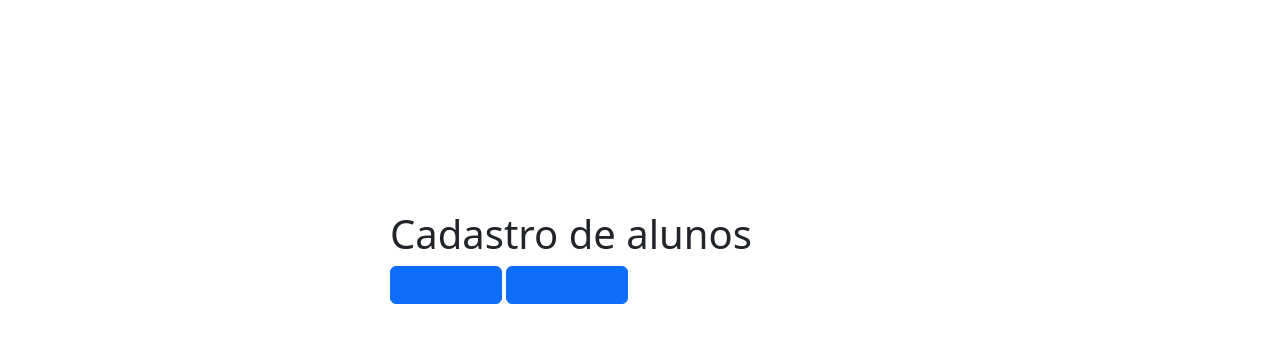
Repository: juliatbarbosa/CRUD-ALUNOS
Page: http://localhost/OlaMundo/alunos/cadastro/index.jsp
The author's editor kept a copy of each file at every save. The page is drawn from the files as they stood at one save, then again after a run of saves.
The browser window is 1280 px wide. The pictures show the whole page.
The page is served by Tomcat 9.

Above is the page before, as saved 2024-09-29 21:08:14.

After the next 2 saves:
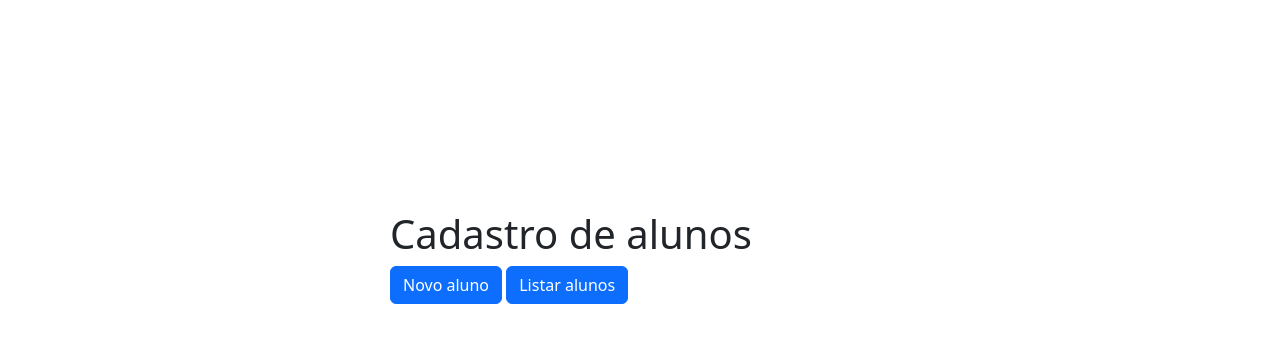
The 2 saves are shown as one change because they came seconds apart.
The last was saved 20 s later.
--- a/OlaMundo/src/main/webapp/alunos/cadastro/index.jsp
+++ b/OlaMundo/src/main/webapp/alunos/cadastro/index.jsp
@@ -23,8 +23,12 @@ body {
 		height: 300px;
 
 
+	}
 
-	}
+	button a {
+	text-decoration: none;
+	color: white;
+}
 </style>
 </head>
 <body>
